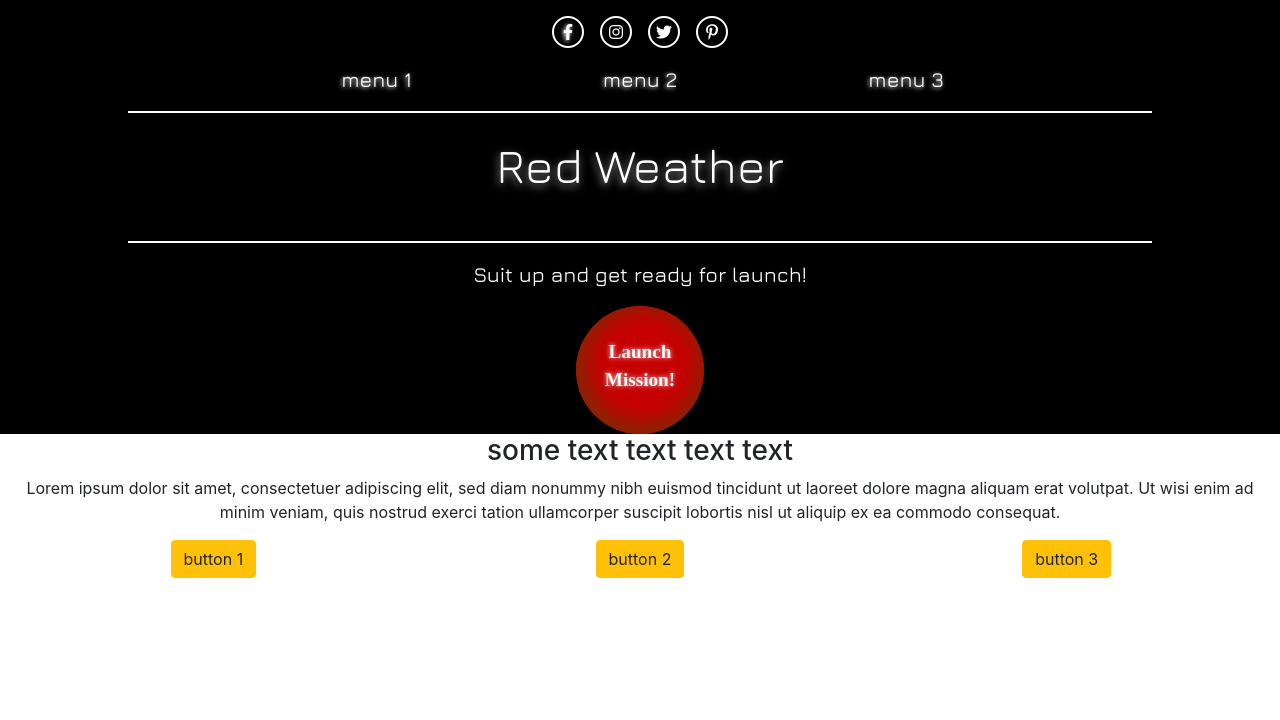
Repository: romqrq/Red-Planet-Explorer
Page: index.html
The author's editor kept a record of every edit. The page is drawn from the files as they stood at one moment, then again after the next edit.
The browser window is 1280 px wide. The pictures show the whole page.
The page's requests for data from a server got no answer. Some web fonts or font styles are not loaded; a fallback is used. Some web libraries are served in a nearby version.

Above is the page before.

### index.html
<!DOCTYPE html>
<html lang="en">

<head>
    <meta charset="UTF-8">
    <meta name="viewport" content="width=device-width, initial-scale=1.0">
    <meta http-equiv="X-UA-Compatible" content="ie=edge">
    <title>Red Weather</title>
    <link rel="stylesheet" href="https://cdnjs.cloudflare.com/ajax/libs/font-awesome/5.10.2/css/all.min.css" type="text/css" />
    <link rel="stylesheet" href="https://stackpath.bootstrapcdn.com/bootstrap/4.3.1/css/bootstrap.min.css" crossorigin="anonymous">
    <link rel="stylesheet" href="assets/css/style.css" type="text/css" />

    <!--<script type="text/javascript" src="assets/js/main.js"></script>-->
    <script type="text/javascript" src="assets/js/main2.js"></script>

</head>

<body>
    <header>
        <div class="container-fluid" style="background-color:black">
            <div class="row social-row">
                <div class="col-12 social-col">
                    <i class="fab fa-facebook-f round-border text-shadow"></i>
                    <i class="fab fa-instagram round-border"></i>
                    <i class="fab fa-twitter round-border"></i>
                    <i class="fab fa-pinterest-p round-border"></i>
                </div>
            </div>
            <div class="row" role="navigation">
                <a class="col-4 text-right main-text-light text-shadow" href="#">menu 1</a>
                <a class="col-4 text-center main-text-light text-shadow" href="#">menu 2</a>
                <a class="col-4 text-left main-text-light text-shadow" href="#">menu 3</a>
            </div>
            <hr class="hr-divider">
            <div class="row">
                <div class="col-12 text-center">
                    <p class="main-title title-shadow">Red Weather</p>
                </div>
            </div>
            <hr class="hr-divider">
            <div class="row">
                <div class="col-12">
                    <p class="main-text-light text-center">Suit up and get ready for launch!</p>
                </div>
            </div>
            <div class="text-center">
                <button class="btn launch-button">Launch Mission!</button>
            </div>
            <!--<div class="row">-->
            <!--    <div class=navbar>-->
            <!--        <ul class="navbar-nav">-->
            <!--            <li class="nav-item">-->
            <!--                <a href="#" class="nav-link">menu button 1</a>-->
            <!--            </li>-->
            <!--            <li class="nav-item">-->
            <!--                <a href="#" class="nav-link">menu button 2</a>-->
            <!--            </li>-->
            <!--            <li class="nav-item">-->
            <!--                <a href="#" class="nav-link">menu button 3</a>-->
            <!--            </li>-->
            <!--        </ul>-->
            <!--    </div>-->
            <!--</div>-->
        </div>
        <!--<nav class="navbar navbar-expand-md navbar-dark bg-blue">-->
        <!-- Brand -->
        <!--    <a class="brand-text" href="#"><span class="NE-text">RW</span> | Red Weather</a>-->

        <!-- Toggler/collapsibe Button -->
        <!--    <button class="navbar-toggler" type="button" data-toggle="collapse" data-target="#collapsibleNavbar">-->
        <!--        <span class="navbar-toggler-icon"></span>-->
        <!--    </button>-->

        <!-- Navbar links -->
        <!--    <div class="collapse navbar-collapse" id="collapsibleNavbar">-->
        <!--        <ul class="navbar-nav">-->
        <!--            <li class="nav-item">-->
        <!--                <a class="nav-link" href="#">Link</a>-->
        <!--            </li>-->
        <!--            <li class="nav-item">-->
        <!--                <a class="nav-link" href="#">Link</a>-->
        <!--            </li>-->
        <!--            <li class="nav-item">-->
        <!--                <a class="nav-link" href="#">Link</a>-->
        <!--            </li>-->
        <!--        </ul>-->
        <!--    </div>-->
        <!--</nav>-->
    </header>
    <section class="callout">
        <div class="container-fluid text-center align-middle">
            <div>
                <h3>some text text text text</h3>
                <p>Lorem ipsum dolor sit amet, consectetuer adipiscing elit, sed diam nonummy nibh euismod tincidunt ut laoreet dolore magna aliquam erat volutpat. Ut wisi enim ad minim veniam, quis nostrud exerci tation ullamcorper suscipit lobortis nisl
                    ut aliquip ex ea commodo consequat.</pp>
            </div>
            <div class="row">
                <div class="col-4">
                    <button class="btn btn-warning">button 1</button>
                </div>
                <div class="col-4">
                    <button class="btn btn-warning">button 2</button>
                </div>
                <div class="col-4">
                    <button class="btn btn-warning">button 3</button>
                </div>
            </div>
        </div>

    </section>
    <div id="data"></div>
    <footer>

    </footer>
    <script src="https://code.jquery.com/jquery-3.3.1.slim.min.js" integrity="sha384-q8i/X+965DzO0rT7abK41JStQIAqVgRVzpbzo5smXKp4YfRvH+8abtTE1Pi6jizo" crossorigin="anonymous"></script>
    <script src="https://cdnjs.cloudflare.com/ajax/libs/popper.js/1.14.7/umd/popper.min.js" integrity="sha384-UO2eT0CpHqdSJQ6hJty5KVphtPhzWj9WO1clHTMGa3JDZwrnQq4sF86dIHNDz0W1" crossorigin="anonymous"></script>
    <script src="https://stackpath.bootstrapcdn.com/bootstrap/4.3.1/js/bootstrap.min.js" integrity="sha384-JjSmVgyd0p3pXB1rRibZUAYoIIy6OrQ6VrjIEaFf/nJGzIxFDsf4x0xIM+B07jRM" crossorigin="anonymous"></script>

</body>

</html>

### assets/css/style.css
/*General*/

@import url('https://fonts.googleapis.com/css?family=Revalia|Roboto:400,500|Jura:300,400,500&display=swap');

.testbg {
    position: absolute;
    top: 0;
    left: 0;
    height: 90vh;
    z-index: -1;
}

a {
    text-decoration: none;
    color: inherit;

}

/*.bg-blue {*/

/*    background-color: #01479e;*/

/*}*/

/*.callout {*/

/*    background-color: #e9ecefb0;*/

/*    height: 50vh;*/

/*}*/

.title-shadow {
    text-shadow: -1px 3px 8px #ffffff9e;
}

.text-shadow {
    text-shadow: -1px 1px 4px #ffffff;
}

.no-side-padding {
    padding-left: 0;
    padding-right: 0;
}

.main-screen-container {
    height: 90vh;
    padding: 1rem;
    /*background-image: url("mars.png");*/
    /*background-position: center;*/
    /*background-repeat: no-repeat;*/
    /*background-size: cover;*/
    /*background-color: black;*/
    display: flex;
    flex-direction: column;
    justify-content: space-evenly;
}

.social-row {
    padding: 1rem;
}

.social-col {
    flex-direction: row;
    display: flex;
    justify-content: center;
}

.round-border {
    border-radius: 50%;
    height: 2rem;
    border: 2px solid white;
    width: 2rem;
    justify-content: center;
    display: flex;
    line-height: 1.8rem;
    color: white;
    margin: 0 0.5rem;
}

.main-text-light {
    color: white;
    font-family: "Jura", "Revalia";
    font-weight: 500;
    font-size: 1.3rem;
}

.main-title {
    font-family: "Revalia", "Jura";
    font-size: 3rem;
    color: white;
    padding: 0 0 0.5rem;
}

.hr-divider {
    border-top: 2px solid rgb(255, 255, 255);
    width: 80vw;
}

.launch-button-div {
    height: 9.5rem;
    width: 9.5rem;
    background-color: #212529;
    padding: 0.75rem;
    border-radius: 50%;
    box-shadow: inset 0px 0px 11px 6px #ced1d4;
    margin: auto;
}

.launch-button {
    background-color: #c60000;
    color: white;
    border: 0px solid white;
    font-size: 1.2rem;
    font-family: "Revalia";
    font-weight: 700;
    text-shadow: 0px 0px 5px #ffffffcf;
    padding: 0.5rem 1rem 1rem;
    height: 8rem;
    width: 8rem;
    border-radius: 50%;
    box-shadow: inset 3px -4px 20px 7px #842600;
}

/*.main-subtitle {*/

/*    color: white;*/

/*    font-family: "Jura", "Revalia";*/

/*    font-weight: 500;*/

/*    font-size: 1.3rem;*/

/*}*/

### assets/js/main2.js
var xhr = new XMLHttpRequest();
var roverName = "curiosity";
var solNumber = "" //"&sol=1000";
var camName = "&camera=FHAZ";
var pageNumber = "" //"&page=1"
var earthDate = "earth_date=2015-6-3"

//WORKS xhr.open("GET", "https://api.nasa.gov/insight_weather/?api_key=unJZiQapXhyZamSl37P8FEh7Zlssi7xmaIF4l95b&feedtype=json&ver=1.0");
//WORKS xhr.open("GET", "https://api.nasa.gov/mars-photos/api/v1/rovers/curiosity/latest_photos?api_key=unJZiQapXhyZamSl37P8FEh7Zlssi7xmaIF4l95b&feedtype=json&ver=1.0");
//WORKS xhr.open("GET", "https://api.nasa.gov/mars-photos/api/v1/manifests/curiosity?api_key=unJZiQapXhyZamSl37P8FEh7Zlssi7xmaIF4l95b&feedtype=json&ver=1.0");
xhr.open("GET", `https://api.nasa.gov/mars-photos/api/v1/rovers/${roverName}/photos?${earthDate}${solNumber}${camName}${pageNumber}&api_key=unJZiQapXhyZamSl37P8FEh7Zlssi7xmaIF4l95b`);
xhr.send();


xhr.onreadystatechange = function() {
    if (this.readyState == 4 && this.status == 200) {
        document.getElementById("data").innerHTML = (this.responseText);
        // console.log(typeof(this.responseText));
    }
};

// xhr.onreadystatechange = function() {
//     if (this.readyState == 4 && this.status == 200) {
//         document.getElementById("data").innerHTML = this.responseText;
//     }
// };

After the next edit:
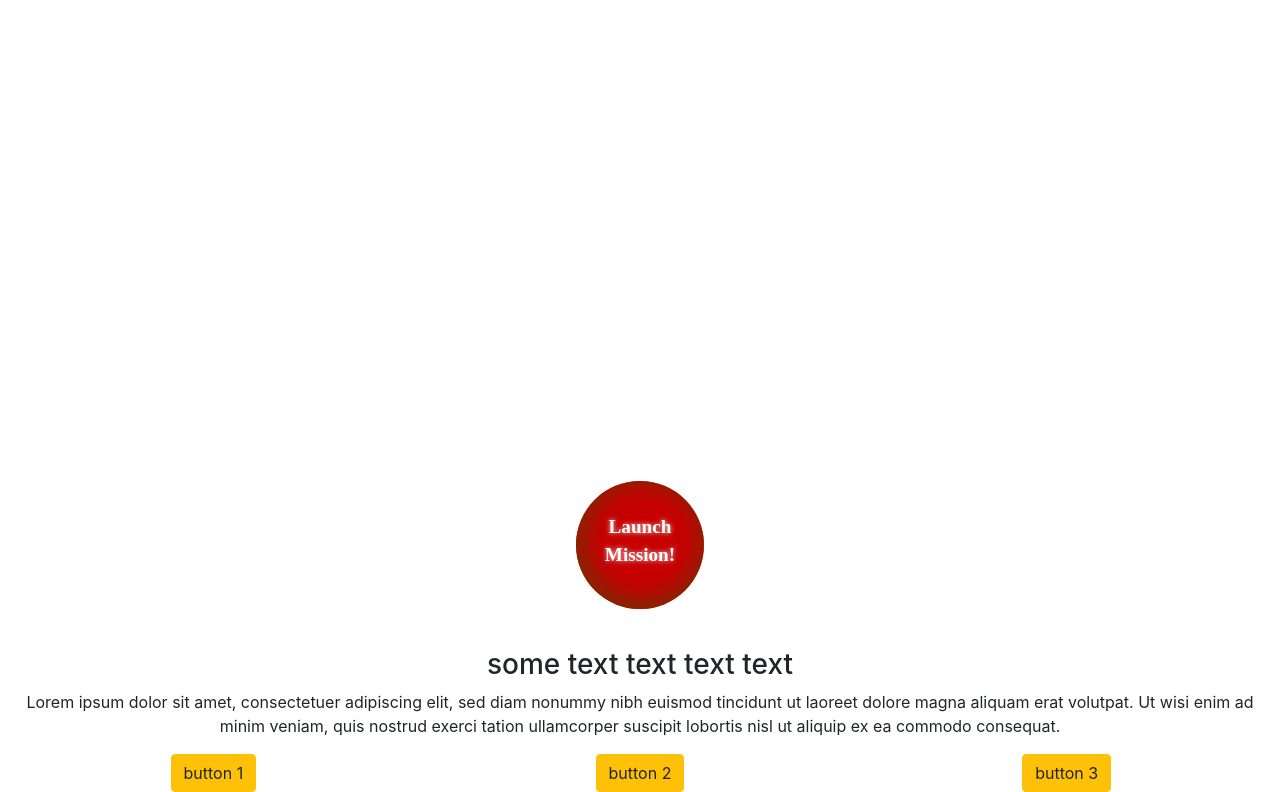
The edit:
--- a/index.html
+++ b/index.html
@@ -17,7 +17,7 @@
 
 <body>
     <header>
-        <div class="container-fluid" style="background-color:black">
+        <div class="container-fluid main-screen-container">
             <div class="row social-row">
                 <div class="col-12 social-col">
                     <i class="fab fa-facebook-f round-border text-shadow"></i>
